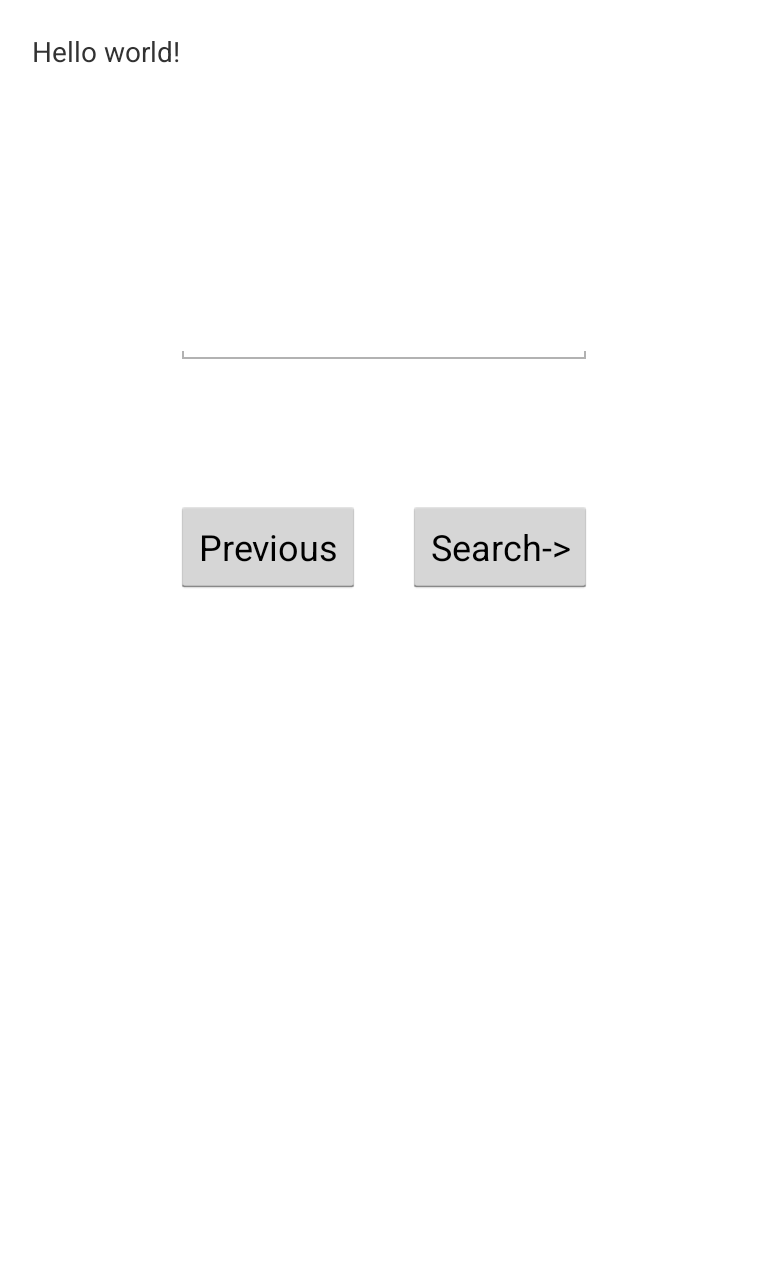
Repository: theoryxu/Chinese-microblogging-Links-System-Mobile-Application-Development
Layout: AndroidApp/STXQ/STXQ/res/layout/activity_second.xml
These files come from the project's save history. The layout is drawn as it stood at one moment and after the next save; the edit follows.
It is drawn on a 768 x 1280 px phone screen (xhdpi) without system bars, with theme AppTheme; the app's code is not run.

Above is the layout before, as saved 2014-11-25 00:05:33.

After the next save:
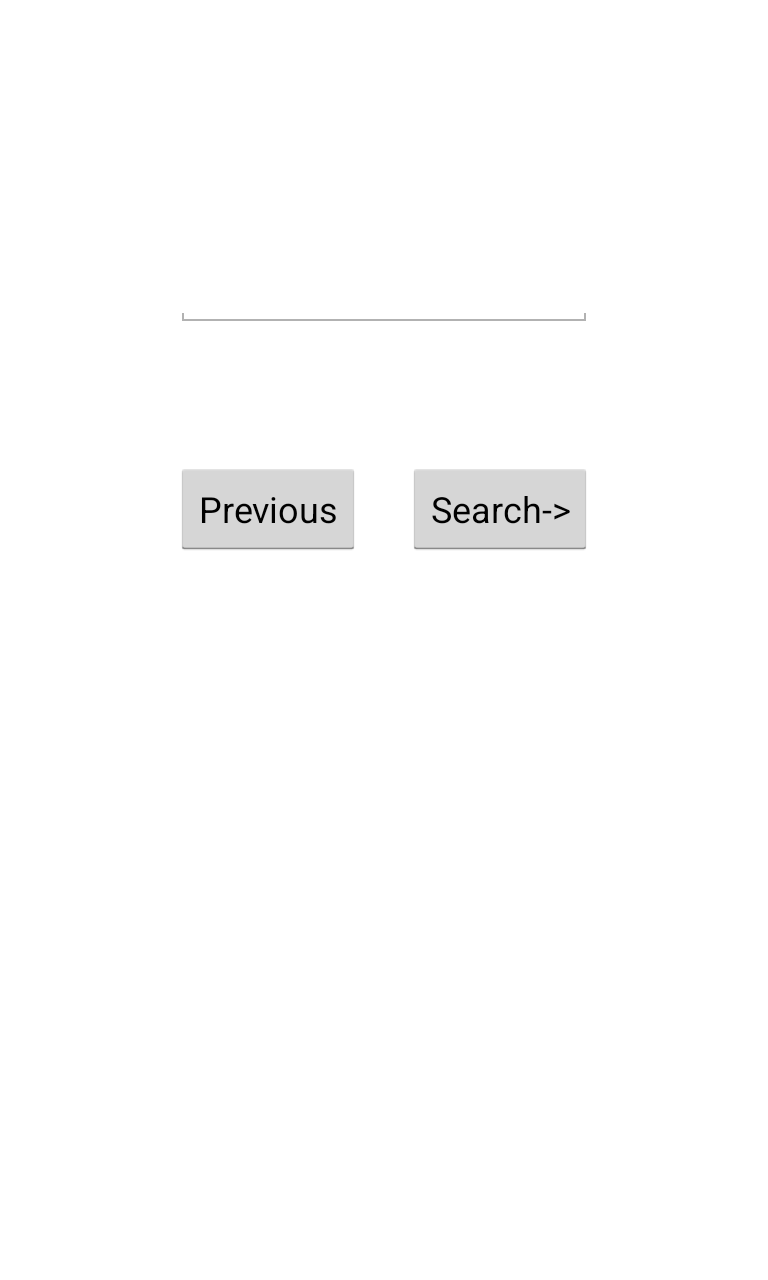
Saved 36 s later.
--- a/AndroidApp/STXQ/STXQ/res/layout/activity_second.xml
+++ b/AndroidApp/STXQ/STXQ/res/layout/activity_second.xml
@@ -8,17 +8,10 @@
     android:paddingTop="@dimen/activity_vertical_margin"
     tools:context=".SecondActivity" >
 
-    <TextView
-        android:id="@+id/textView1"
-        android:layout_width="wrap_content"
-        android:layout_height="wrap_content"
-        android:text="@string/hello_world" />
-
     <EditText
         android:id="@+id/editText1"
         android:layout_width="wrap_content"
         android:layout_height="wrap_content"
-        android:layout_below="@+id/textView1"
         android:layout_centerHorizontal="true"
         android:layout_marginTop="109dp"
         android:ems="10"
